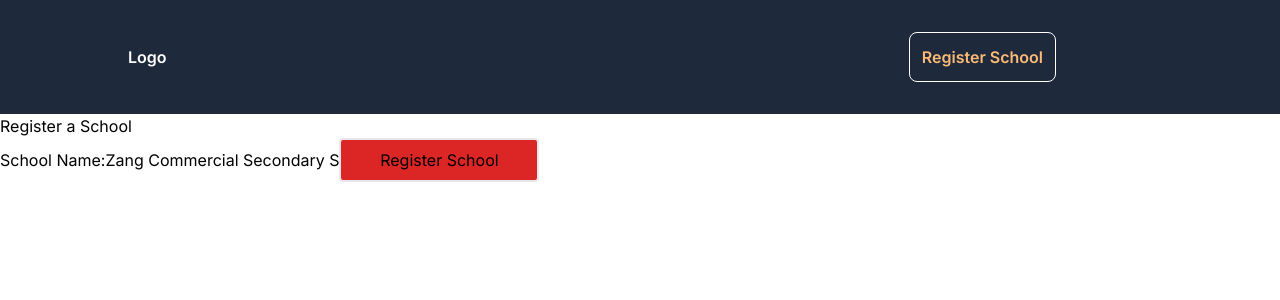
Repository: marcusdashe/fullstack-ts
Page: /school
An editor plug-in stored every save of this project. The page is shown before and after the next save, followed by the edit.
The browser window is 1280 px wide. The pictures show the whole page.
The page's requests for data from a server got no answer. The project was rebuilt for these pictures with package versions that can differ from the ones it lists, and the page was loaded fresh each time. The framework's server and built-in components were replaced by stand-ins that run in the browser. No one was signed in, and anything a server would have sent is missing. Also part of the build but not shown: next.config.js.

Above is the page before, as saved 2023-07-28 11:53:51.

After the next save:
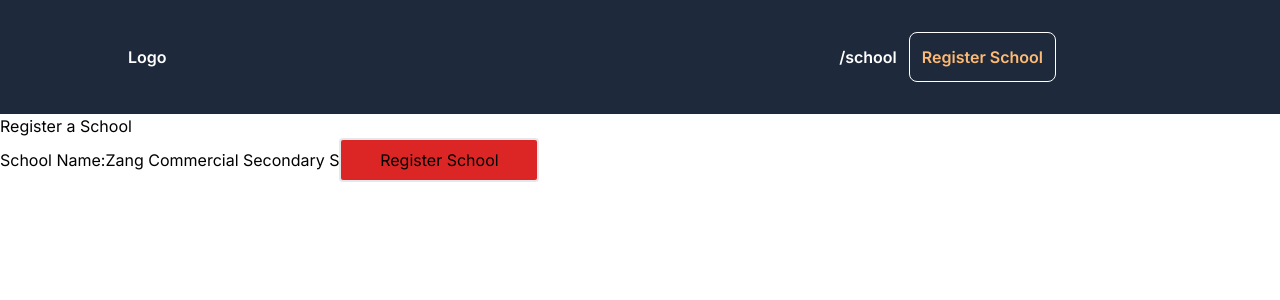
Saved 2 min 8 s later.
--- a/app/components/NavBar.tsx
+++ b/app/components/NavBar.tsx
@@ -15,13 +15,14 @@
 
 const CustomLink = ({ href, title, className = "" }: CustomLinkProps) => {
   const router = useRouter();
+  const pathname = usePathname();
 
   return (
     <Link href={href} className={`${className} relative group`}>
       {title}
       <span
         className={`h-[1px] inline-block bg-dark absolute left-0 -bottom-0.5 group-hover:w-full transition-[width] ease duration-300 ${
-          router.asPath === href ? "w-full" : "w-0"
+          pathname === href ? "w-full" : "w-0"
         }`}
       >
         &nbsp;
@@ -31,6 +32,7 @@
 };
 
 const Navbar: React.FC = () => {
+  const pathname = usePathname();
   return (
     <header
       className="w-full px-32 py-8 font-bold
@@ -42,7 +44,7 @@
       </nav>
 
       <nav className="flex items-center justify-center flex-wrap">
-        {}
+        {pathname}
         <a
           href="/school"
           className="w-max-content mx-3 text-orange-300 border border-white p-3 rounded-lg hover:border-none hover:text-white duration-500"

After the save that followed:
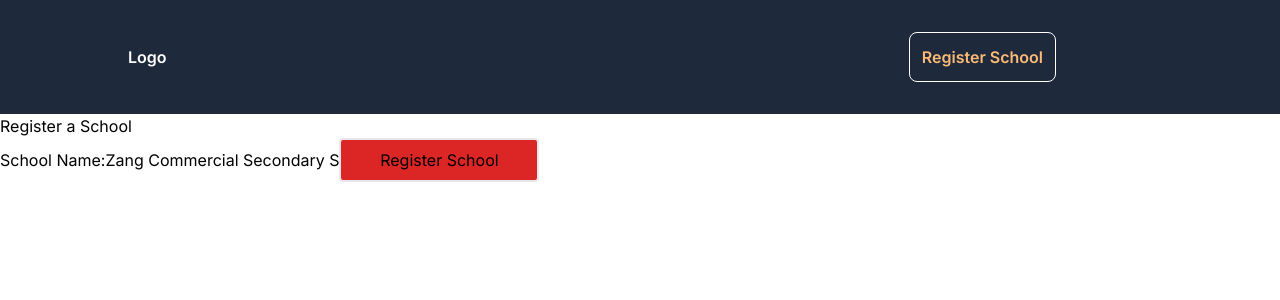
Saved 72 s later.
--- a/app/components/NavBar.tsx
+++ b/app/components/NavBar.tsx
@@ -44,13 +44,17 @@
       </nav>
 
       <nav className="flex items-center justify-center flex-wrap">
-        {pathname}
-        <a
-          href="/school"
-          className="w-max-content mx-3 text-orange-300 border border-white p-3 rounded-lg hover:border-none hover:text-white duration-500"
-        >
-          Register School
-        </a>
+        {pathname === "/schools" ? (
+          <></>
+        ) : (
+          <a
+            href="/school"
+            className="w-max-content mx-3 text-orange-300 border border-white p-3 rounded-lg hover:border-none hover:text-white duration-500"
+          >
+            Register School
+          </a>
+        )}
+
         <a
           href="https://www.linkedin.com/in/marcus-dashe-15a088202"
           target={"_blank"}
